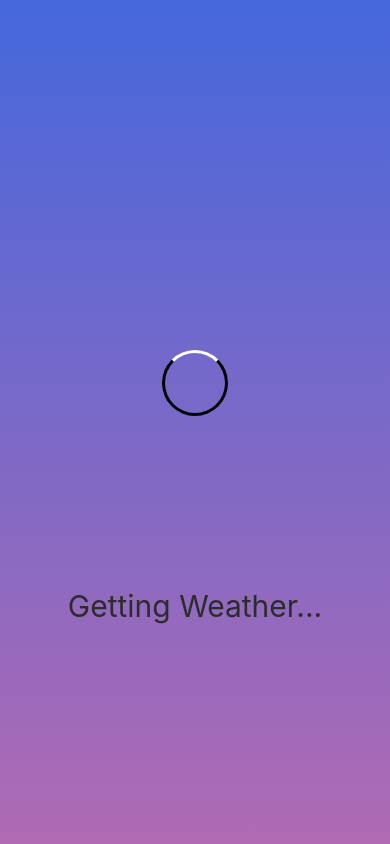
Repository: Exchallenger/Weather-app
Screen: /
An editor plug-in stored every save of this project. The screen is shown before and after the next save, followed by the edit.
The app was drawn by React Native's web renderer in a window 390 px wide. The project was rebuilt for these pictures with package versions that can differ from the ones it lists, and the page was loaded fresh each time. Also part of the build but not shown: weather.js.

Above is the screen before, as saved 2021-01-15 15:59:21.

### App.js
import { StatusBar } from 'expo-status-bar';
import {Alert} from "react-native";
import React, { useEffect, useState } from 'react';
import Loading from './loading';
import * as Location from 'expo-location';
import axios from 'axios';
import Weather from './weather';

const API_KEY = "9e0bfa2c5f6975bf6890d7892b8f2c06";
// api.openweathermap.org/data/2.5/weather?lat=35.544829899999996&lon=129.3517382&appid=9e0bfa2c5f6975bf6890d7892b8f2c06

const App = (props) => {
  const [isLoading, setIsLoading] = useState(true);
  const [temp, setTemp] = useState();
  const [nowweather, setNowWeather] = useState();
  const [city, setCity] = useState();


  // const weathers = ['Thunderstorm','Dizzle','Rain','Snow','Atmosphere','Clear','Clouds','Haze','Mist','Dust'];

  const getWeather = async(latitude, longitude) =>{
      const {data} = await axios.get(
        `https://api.openweathermap.org/data/2.5/weather?lat=${latitude}&lon=${longitude}&appid=${API_KEY}&units=metric`);
        setIsLoading(true);
        const ntemp = data.main.temp;
        setTemp(ntemp);
        const nweather = data.weather[0].main;
        setNowWeather(nweather);
        const ncity = data.name;
        setCity(ncity);
  };
  const getLocation = async() =>{
    try{
      await Location.requestPermissionsAsync();
      const {coords : {latitude, longitude}} = await Location.getCurrentPositionAsync();
      getWeather(latitude, longitude);
    }catch(error){
      Alert.alert("Can't find you", "so sad");
    }}
  useEffect(()=>{
    getLocation();
  },[isLoading]);


  return (isLoading ? <Loading/> : <Weather temp={temp} weather={nowweather} city={city}/>);
};

export default App;

//Math.round(temp)

### loading.js
import React from 'react';
import {StyleSheet, Text, View, StatusBar, Animated} from "react-native";
import { LinearGradient } from 'expo-linear-gradient';

export default function Loading(){
    return(
    <LinearGradient colors={['#4568dc','#b06ab3']} style={styles.container}>
        <StatusBar barStyle="dark-content"/>
        <View style={styles.load}></View>
        <View style={styles.texts}><Text style={styles.text}>Getting Weather...</Text></View>
    </LinearGradient>);
}

const styles = StyleSheet.create({
    container:{
        flex:1,
        justifyContent:"space-between",
        alignItems:"center",
        paddingHorizontal:30,
        paddingVertical:100,
        backgroundColor:"#FDF6AA"
    },
    texts:{
        flex:1,
        justifyContent:"flex-end",
        alignItems:"flex-end",
        marginBottom:120
    },
    text:{
        color:"#2c2c2c",
        fontSize:30,
    },
    load:{
        position:"absolute",
        top:350,
        height:66,
        width:66,
        borderWidth:3,
        borderTopColor:"white",
        borderRadius:50,
    }
});

After the next save:
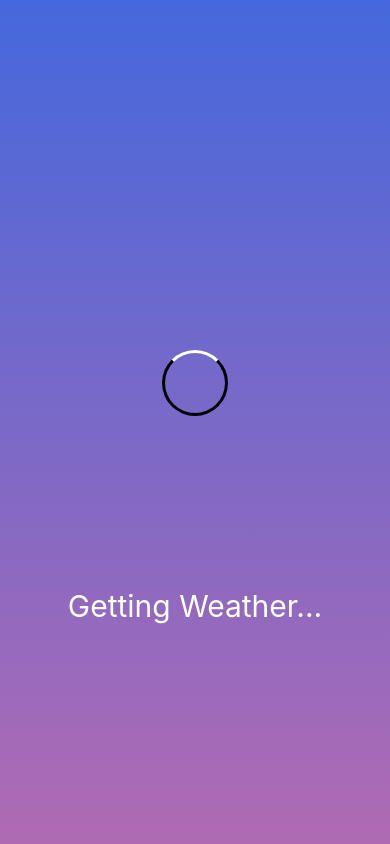
Saved 44 s later.
--- a/loading.js
+++ b/loading.js
@@ -27,7 +27,7 @@ const styles = StyleSheet.create({
         marginBottom:120
     },
     text:{
-        color:"#2c2c2c",
+        color:"white",
         fontSize:30,
     },
     load:{
